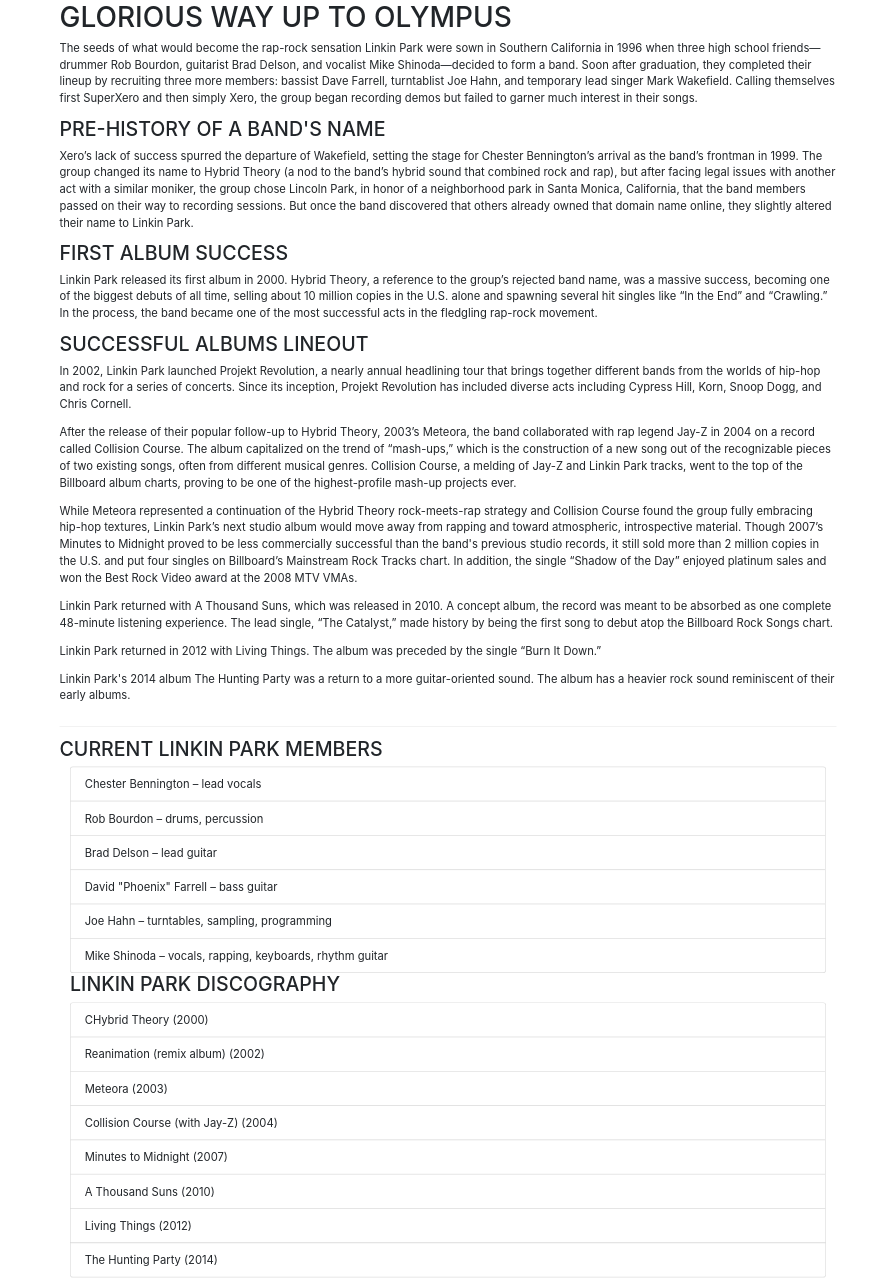
Repository: vaida898/website
Page: index.html
The author's editor kept a record of every edit. The page is drawn from the files as they stood at one moment, then again after the next edit.
The browser window is 1280 px wide. The pictures show the whole page, at 70% of full size.

Above is the page before.
Console error: TypeError: Cannot read properties of undefined (reading 'fn')

After the next edit:
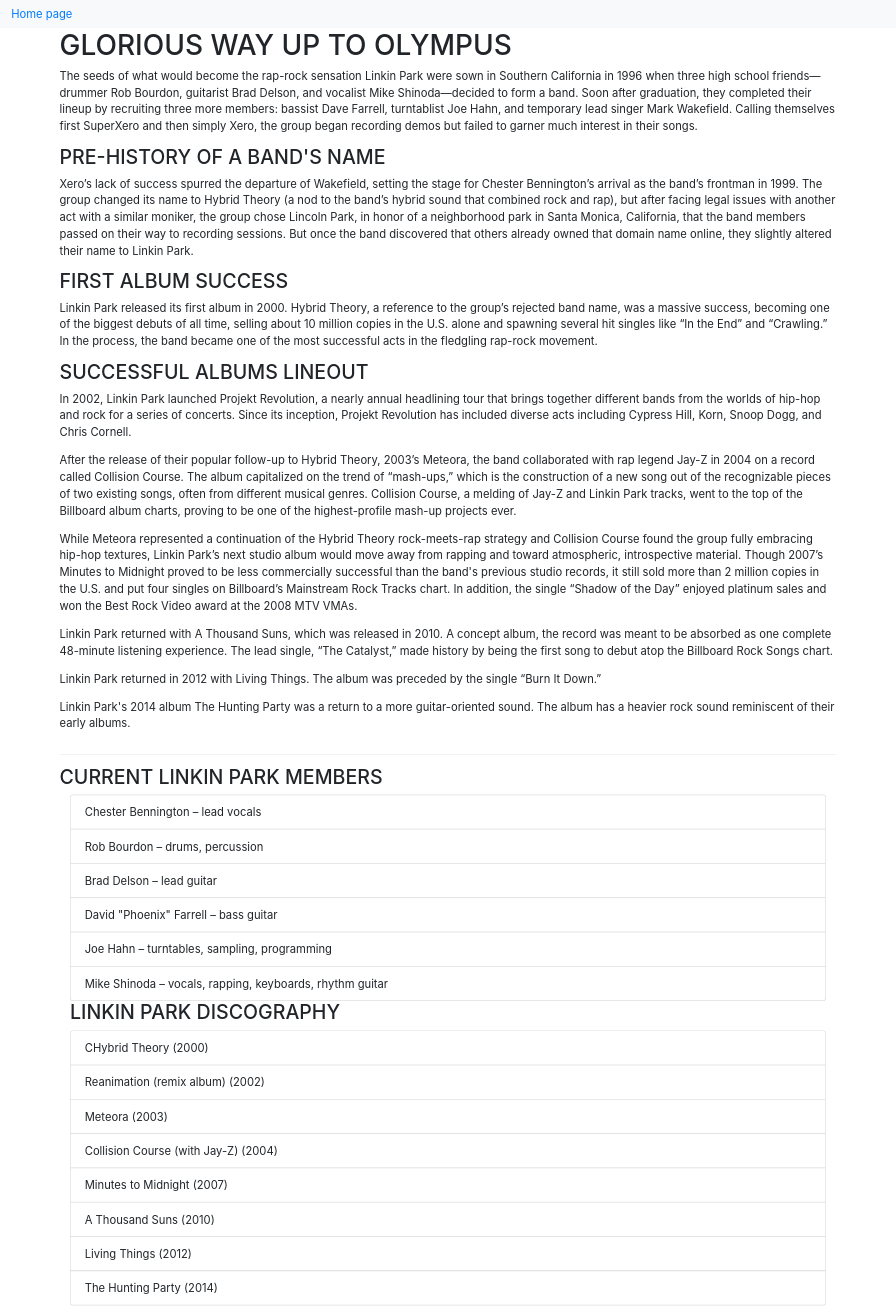
The edit:
--- a/index.html
+++ b/index.html
@@ -11,6 +11,10 @@
 <script src="https://stackpath.bootstrapcdn.com/bootstrap/4.3.1/js/bootstrap.min.js" integrity="sha384-JjSmVgyd0p3pXB1rRibZUAYoIIy6OrQ6VrjIEaFf/nJGzIxFDsf4x0xIM+B07jRM" crossorigin="anonymous"></script>
 
 <body>
+    <nav class="navbar navbar-light bg-light navbar-expand-sm">
+        <a href="/" class="home">Home page</a>
+    </nav>
+
     <article class="container">
         <div class="row">
             <div class="col-12">
